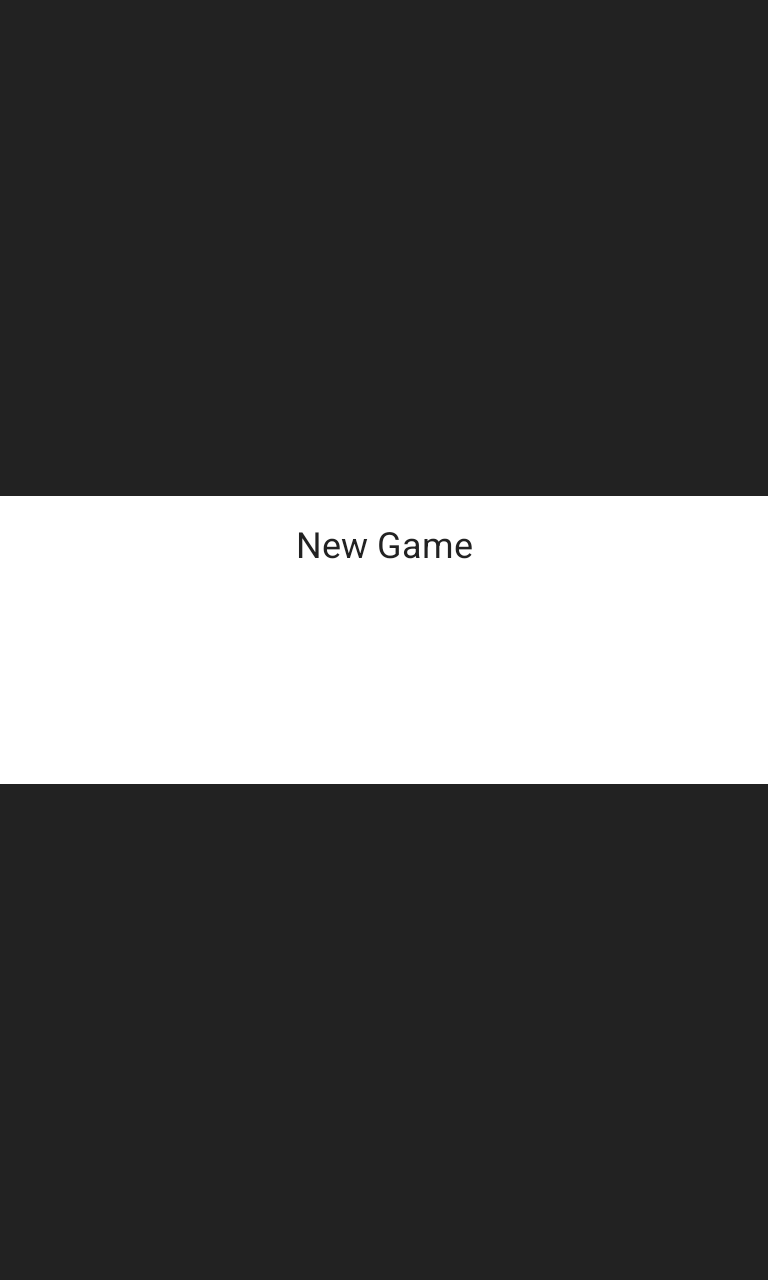
Repository: andyhurd/SuperMunchkin
Layout: SuperMunchkin/res/layout/activity_main_menu.xml
These files come from the project's save history. The layout is drawn as it stood at one moment and after the next save; the edit follows.
It is drawn on a 768 x 1280 px phone screen (xhdpi) without system bars, with theme AppTheme; the app's code is not run.

Above is the layout before, as saved 2012-11-02 01:12:49.

After the next save:
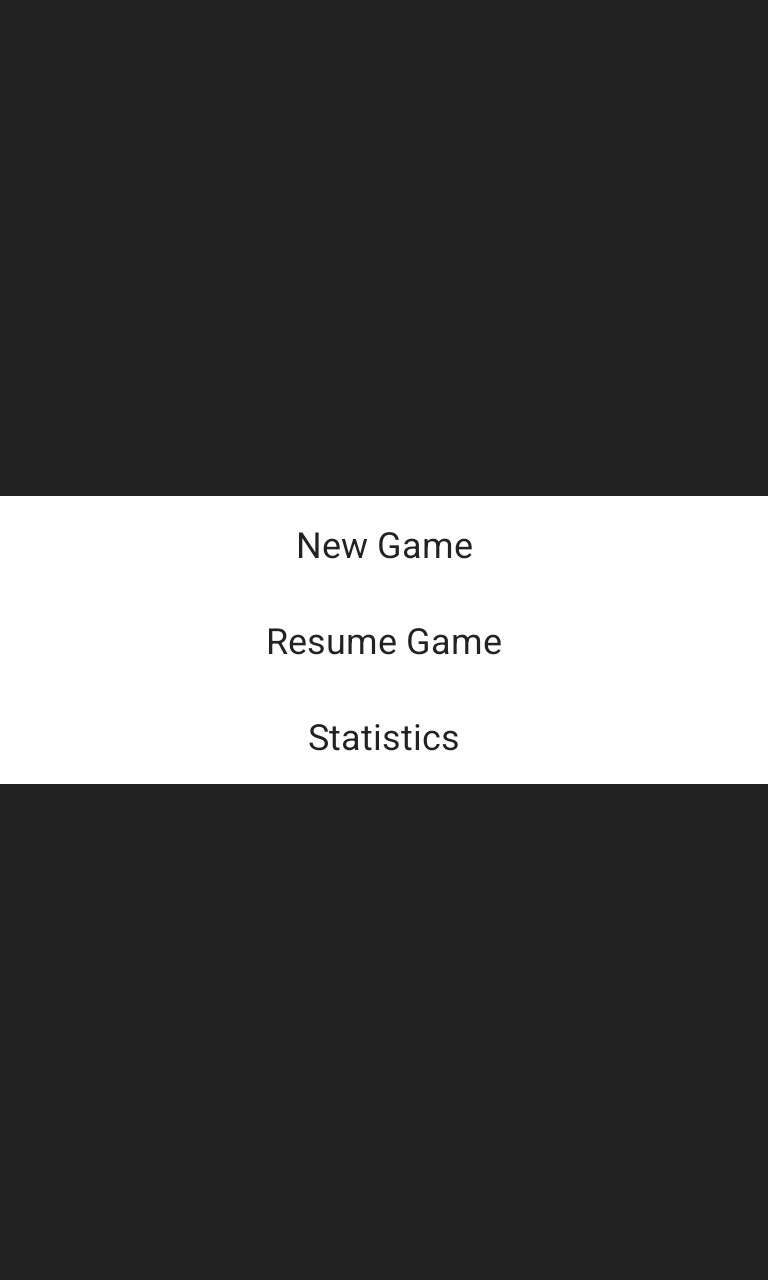
Saved 45 s later.
--- a/SuperMunchkin/res/layout/activity_main_menu.xml
+++ b/SuperMunchkin/res/layout/activity_main_menu.xml
@@ -26,7 +26,7 @@
 	            android:layout_width="match_parent"
 	            android:layout_height="wrap_content"
 	            android:text="@string/resume_game"
-		        android:textColor="@android:color/white"
+		        android:textColor="@color/charcoal"
 		        style="?android:attr/borderlessButtonStyle" />
 
 	        <Button
@@ -34,7 +34,7 @@
 	            android:layout_width="match_parent"
 	            android:layout_height="wrap_content"
 	            android:text="@string/statistics"
-		        android:textColor="@android:color/white"
+		        android:textColor="@color/charcoal"
 		        style="?android:attr/borderlessButtonStyle" />
         </LinearLayout>
 
